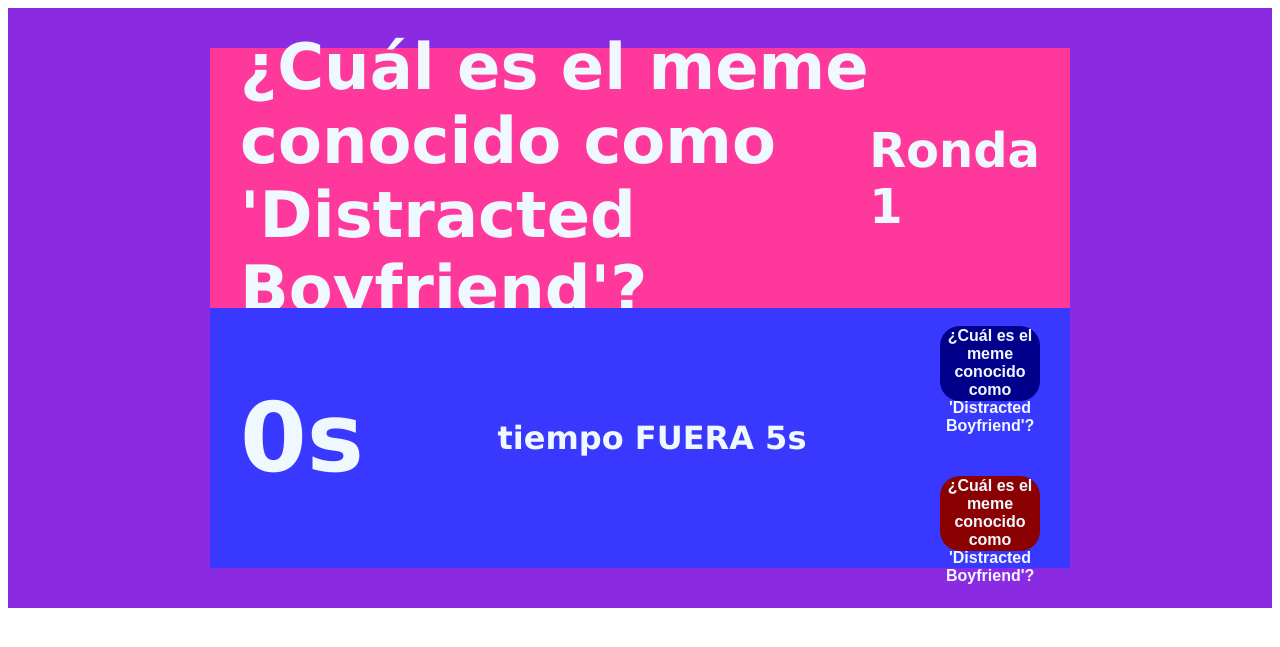
Repository: eschala/Proyecto_Clonaci-n_Kahoot_2023-2
Page: Borrador_Samir_Kahoot_NEW/Prueaba_Validar.html
These files come from the project's save history. The page is drawn as it stood at one moment and after the next save; the edit follows.
The browser window is 1280 px wide. The pictures show the whole page.

Above is the page before, as saved 2023-11-29 15:15:56.

### Borrador_Samir_Kahoot_NEW/Prueaba_Validar.html
<!DOCTYPE html>
<html lang="en">

<head>
    <meta charset="UTF-8">
    <meta name="viewport" content="width=device-width, initial-scale=1.0">
    <title>Document</title>
    <style>

    </style>
    <link rel="stylesheet" href="stylePrueba.css">

</head>

<body>
    <div class="container">

        <div class="sectionContainer">

            <h1 class="tituloClass">
                pregunta
            </h1>
            <h2 class="aviso">
                ()
            </h2>

            <div class="section_Buttons">
                <div class="btn_content"><button type="button" class="btn_1 botones">opcion A</button></div>
                <div class="btn_content"><button type="button" class="btn_2 botones">opcion B</button></div>



        </div>
            </div>
            <div class="sectionContainer_2">

                <h1 class="Pregunta_S">insertar pregunta</h1>
                <h1 class="aviso_S">aviso</h1>
            </div>

    </div>

    <script src="respuesta_VALIDAR.js"></script>
</body>

</html>

### Borrador_Samir_Kahoot_NEW/stylePrueba.css
.container {
    font-family: Verdana, Geneva, Tahoma, sans-serif;

    width: 100%;
    height: 600px;
    background-color: blueviolet;

    display: flex;
    flex-direction: column;

    align-items: center;
    justify-content: center;

}

.sectionContainer {

    height: 200px;
    width: 800px;

    background-color: rgb(56, 56, 255);

    display: flex;
    justify-content: space-between;
    align-items: center;
    color: aliceblue;

    font-size: 3rem;
    padding: 30px;

    order: 1;
}
.sectionContainer_2 {

    height: 200px;
    width: 800px;

    background-color: rgb(255, 56, 156);

    display: flex;
    justify-content: space-between;
    align-items: center;
    color: aliceblue;

    font-size: 3rem;
    padding: 30px;

    order: 0;
}

.sub_Container_2 {

    height: 200px;
    width: 800px;

    background-color: red;

    display: flex;

}

.btn_content {
    height: 150px;
    width: 100px;
    display: flex;

    align-items: center;
    justify-content: center;

    cursor: pointer;
}

.btn_1 {
    width: 100%;
    height: 50%;

    background-color:darkblue;
}

.btn_2 {
    width: 100%;
    height: 50%;

    background-color:darkred;
}

.botones:hover{

    opacity: 50%;
    cursor: pointer;
}

.botones{

    font-weight: 700;


    color:aliceblue;
    font-size: 1rem;
    cursor: pointer;

    border-radius: 20px;
    border: 0px;
}

.aviso_S{
    font-family: Verdana, Geneva, Tahoma, sans-serif;
    font-size: 3rem;
}
.Pregunta_S{
    font-size: 4rem;
}

### Borrador_Samir_Kahoot_NEW/respuesta_VALIDAR.js
const container_E=document.querySelector(".container");
const sectionContainer_E=document.querySelector(".sectionContainer");
const sub_Container_2_E=document.querySelector(".sub_Container_2");
const btn_1_E=document.querySelector(".btn_1");
const btn_2_E=document.querySelector(".btn_2");
const h2_E=document.querySelector(".aviso");
const tituloClass_E=document.querySelector(".tituloClass");

/* const container_element=".container";
const sectionContainer_element=".sectionContainer";
const sub_Container_2_element=".sub_Container_2";
const btn_1_element=".btn_1";
const btn_2_element=".btn_2";
const h2_element=".aviso";
const tituloClass_element=".tituloClass";

container_element=document.querySelector(container_element);
sectionContainer_element=document.querySelector(sectionContainer_element);
sub_Container_2_element=document.querySelector(sub_Container_2_element);
btn_1_element=document.querySelector(btn_1_element);
btn_2_element=document.querySelector(btn_2_element);
h2_element=document.querySelector(h2_element);
tituloClass_element=document.querySelector(tituloClass_element);
 */
   var contar_S=0;
   var contar_R=0;
   var vacio=0;
var segundos =5;

var contar_2=0;
const intervalo=1000;

const pregunta_E=document.querySelector(".Pregunta_S");
const aviso_E=document.querySelector(".aviso_S");

h2_E.style.display="block";
h2_E.style.fontSize="2rem";

var funcionPrueba=()=>{



    segundos--;


    tituloClass_E.innerHTML=segundos+ "s";


    if(segundos==contar_R){

    contar_S++;
    vacio=contar_S-1;

        clearInterval(timeRunning);
        segundos=5;
        activateTimeOUT();
        contar_2++;
        h2_E.innerHTML="tiempo FUERA 5s";aviso_E.innerHTML="Ronda "+contar_S;

        if(contar_S==3){

            contar_S=0;
        }
    }
    else{
        h2_E.innerHTML="";

    }



    pregunta_E.innerHTML=preguntas_String[vacio]

    btn_1_E.innerHTML=preguntas_String[vacio]
    btn_2_E.innerHTML=preguntas_String[vacio]


}





/* const timeOuter = function (){

}  */

const activateTime=()=>{
timeRunning = setInterval(funcionPrueba,intervalo);
}
const activateTimeOUT=()=>{
tiempoFuera = setTimeout(activateTime,intervalo*segundos);
}
activateTime();







const preguntas_String = [
    "¿Cuál es el meme conocido como 'Distracted Boyfriend'?",
    "¿Qué animal es el protagonista del meme 'Surprised Pikachu'?",
    "¿Quién es el protagonista del meme 'Hide the Pain Harold'?"
  ];

  const respuesta_String = [
    [ "B) Un hombre mirando su teléfono mientras su novia lo abraza."],
    ["A) Un gato."],
    [ "B) Un actor famoso."]
  ];

  const respuesta_Correcta_String = [
    "A) Un hombre mirando a una chica mientras su novia lo observa molesta.",
    "B) Un Pokémon.",
    "A) Un modelo de stock photography."];

After the next save:
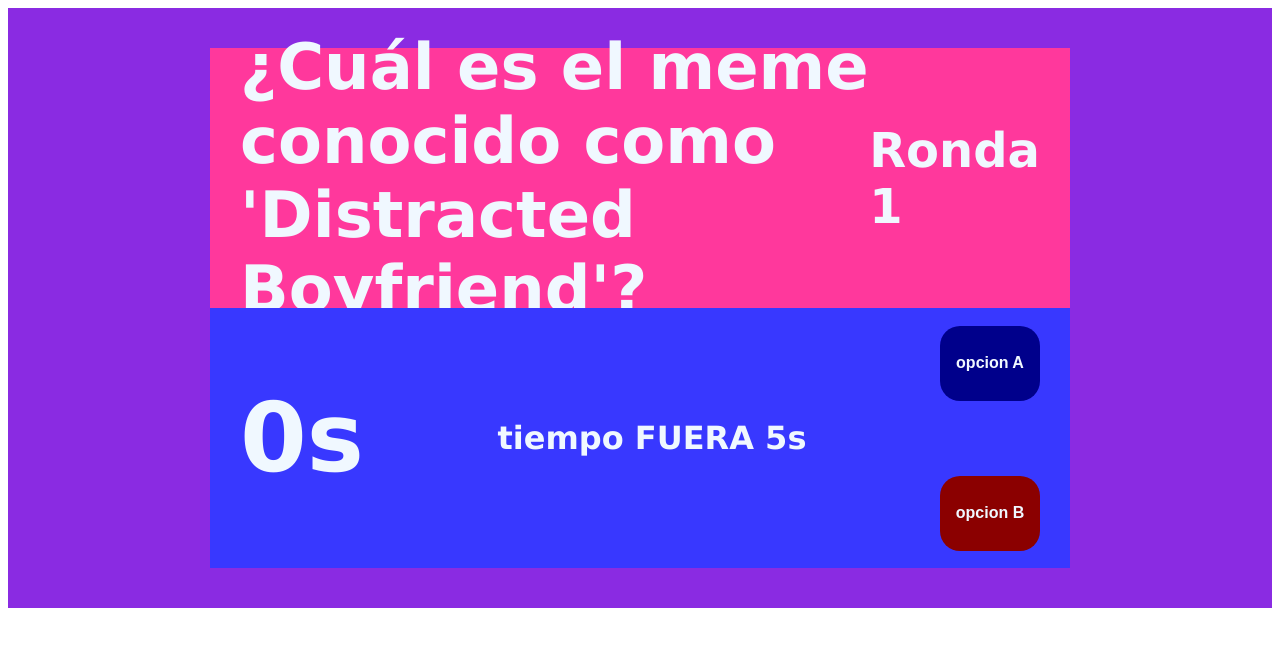
Console error: ReferenceError: pre is not defined
Saved 10 s later.
--- a/Borrador_Samir_Kahoot_NEW/respuesta_VALIDAR.js
+++ b/Borrador_Samir_Kahoot_NEW/respuesta_VALIDAR.js
@@ -71,7 +71,7 @@
 
     pregunta_E.innerHTML=preguntas_String[vacio]
 
-    btn_1_E.innerHTML=preguntas_String[vacio]
+    btn_1_E.innerHTML=pre[vacio]
     btn_2_E.innerHTML=preguntas_String[vacio]
 
 

After the save that followed:
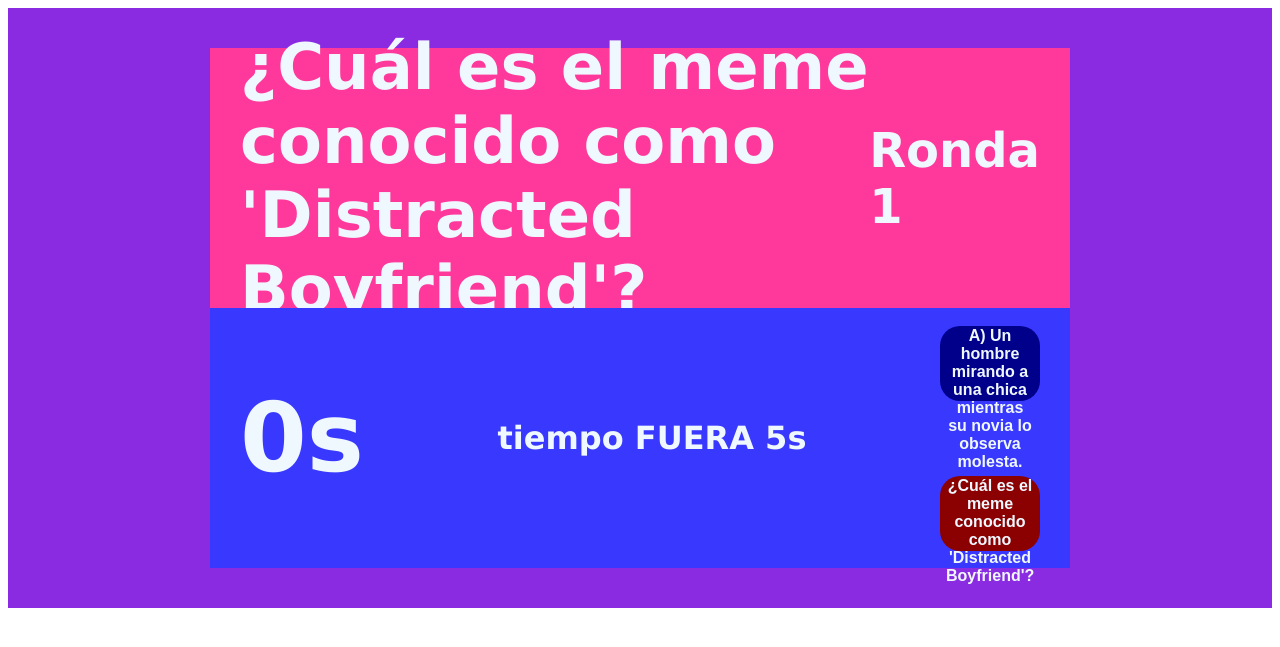
The error is gone.
Saved 6 s later.
--- a/Borrador_Samir_Kahoot_NEW/respuesta_VALIDAR.js
+++ b/Borrador_Samir_Kahoot_NEW/respuesta_VALIDAR.js
@@ -71,7 +71,7 @@
 
     pregunta_E.innerHTML=preguntas_String[vacio]
 
-    btn_1_E.innerHTML=pre[vacio]
+    btn_1_E.innerHTML=respuesta_Correcta_String[vacio]
     btn_2_E.innerHTML=preguntas_String[vacio]
 
 
